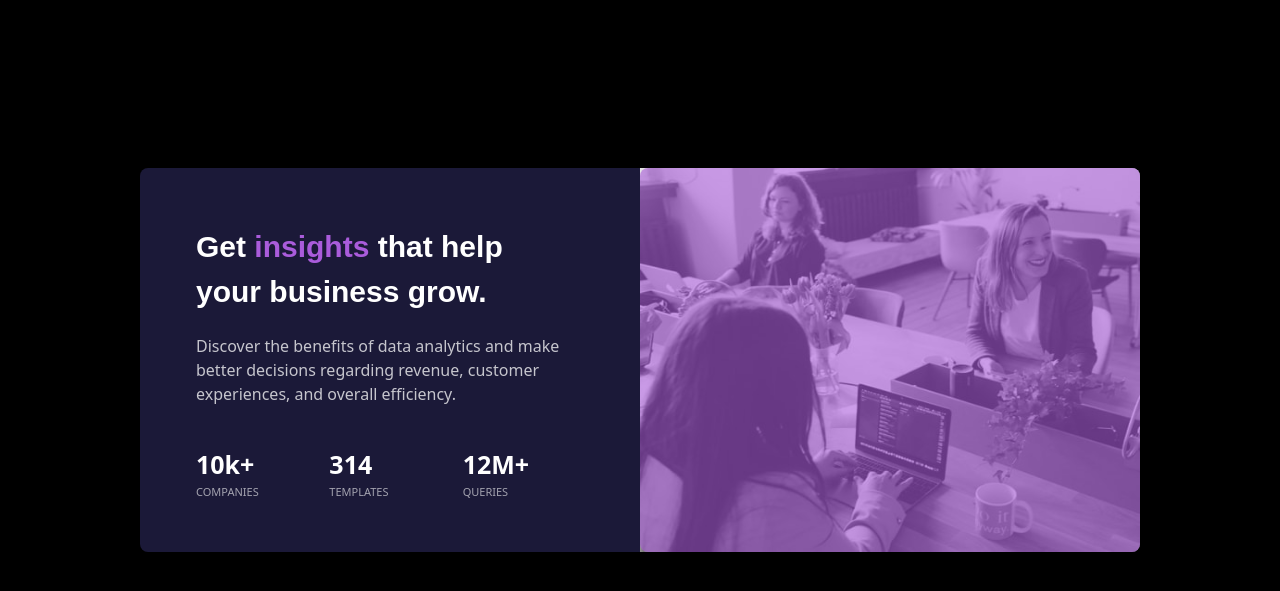
Repository: BerlinWebDev/FrontendMaster_PreviewMentor
Page: /
The author's editor kept a copy of each file at every save. The page is drawn from the files as they stood at one save, then again after the next save.
The browser window is 1280 px wide. The pictures show the whole page.
The project was rebuilt for these pictures with package versions that can differ from the ones it lists, and the page was loaded fresh each time.

Above is the page before, as saved 2023-11-11 20:28:29.

After the next save:
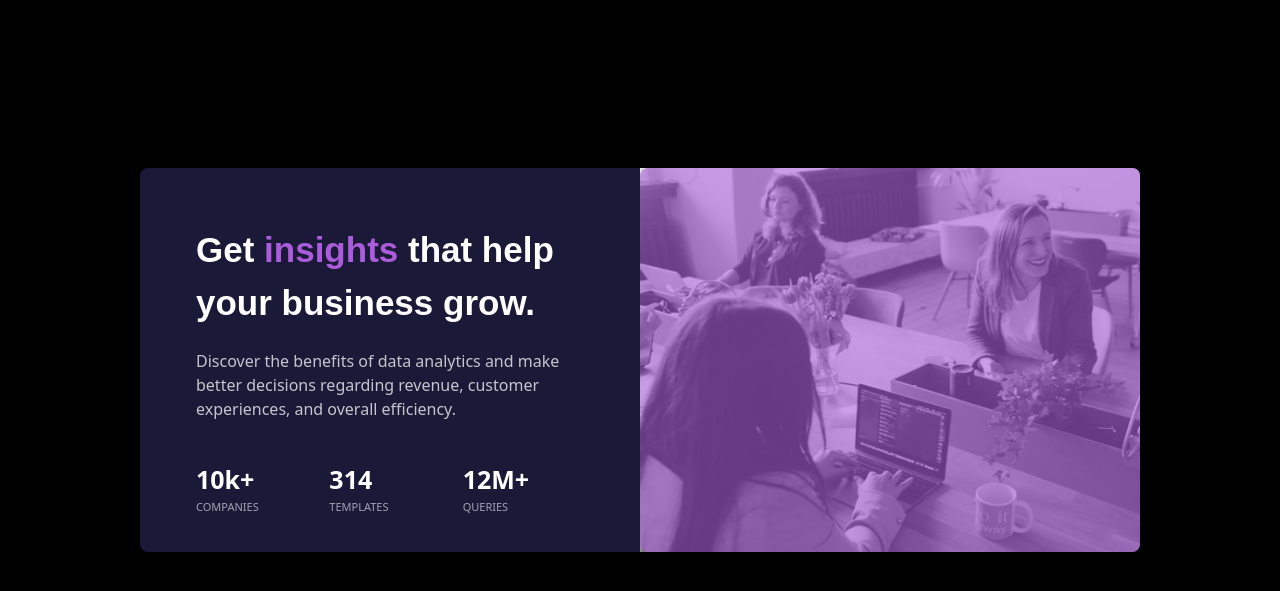
Saved 11 s later.
--- a/src/App.js
+++ b/src/App.js
@@ -13,7 +13,7 @@ function App() {
         <div className="flex h-96 w-[1000px] rounded-lg bg-[#1b1938]">
           <aside className="w-1/2  rounded-l-lg">
             <div className="p-14">
-              <div className="text-[30px] text-white font-bold font-lexenddeca">
+              <div className="text-[35px] text-white font-bold font-lexenddeca">
                 Get <span className="text-[#aa5cdb]">insights</span> that help
                 <br />
                 your business grow.
